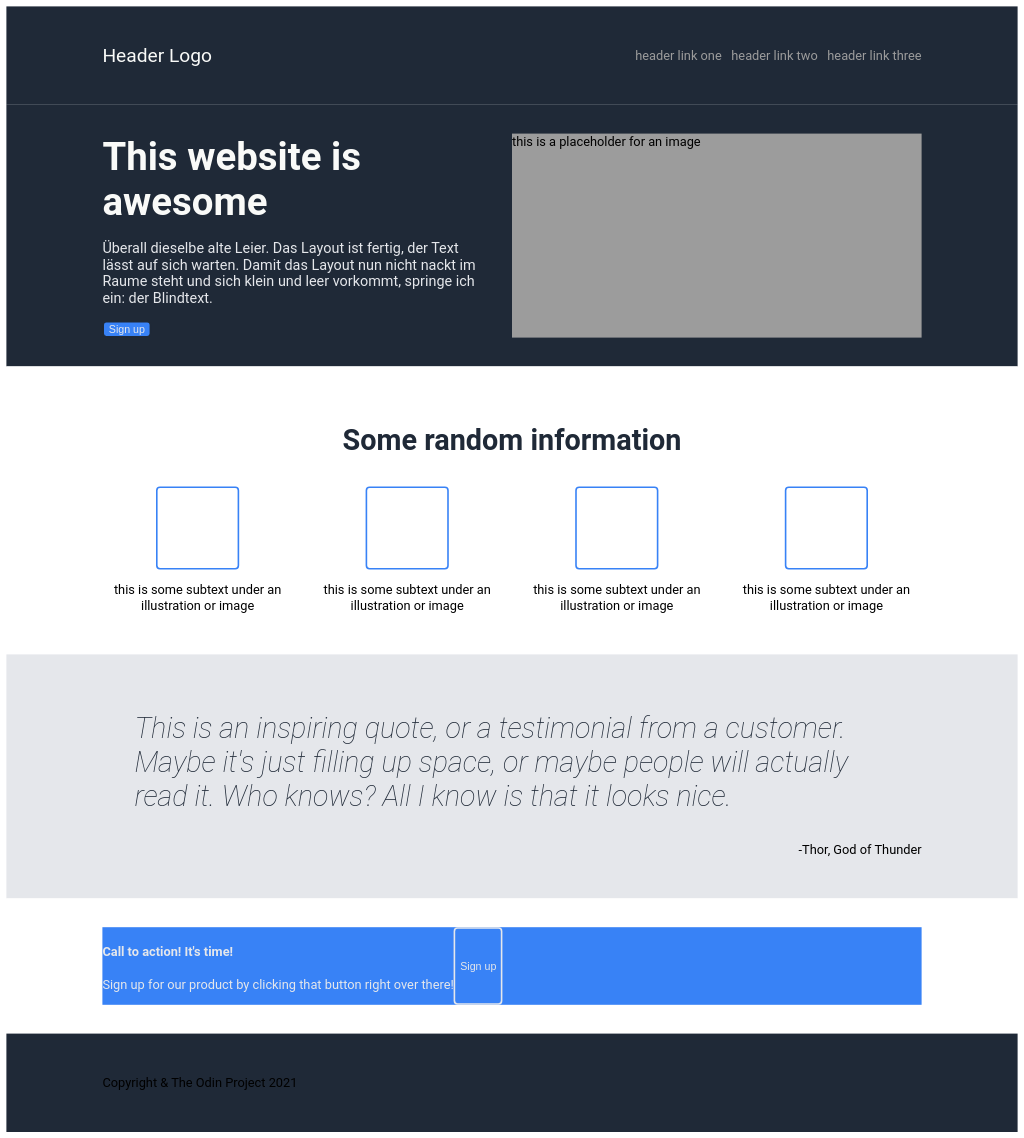
Repository: evemcd/odin_project
Page: odin-project2-landing-page/index.html
These files come from the project's save history. The page is drawn as it stood at one moment and after the next save; the edit follows.
The browser window is 1280 px wide. The pictures show the whole page, at 80% of full size.

Above is the page before, as saved 2022-02-08 11:15:42.

After the next save:
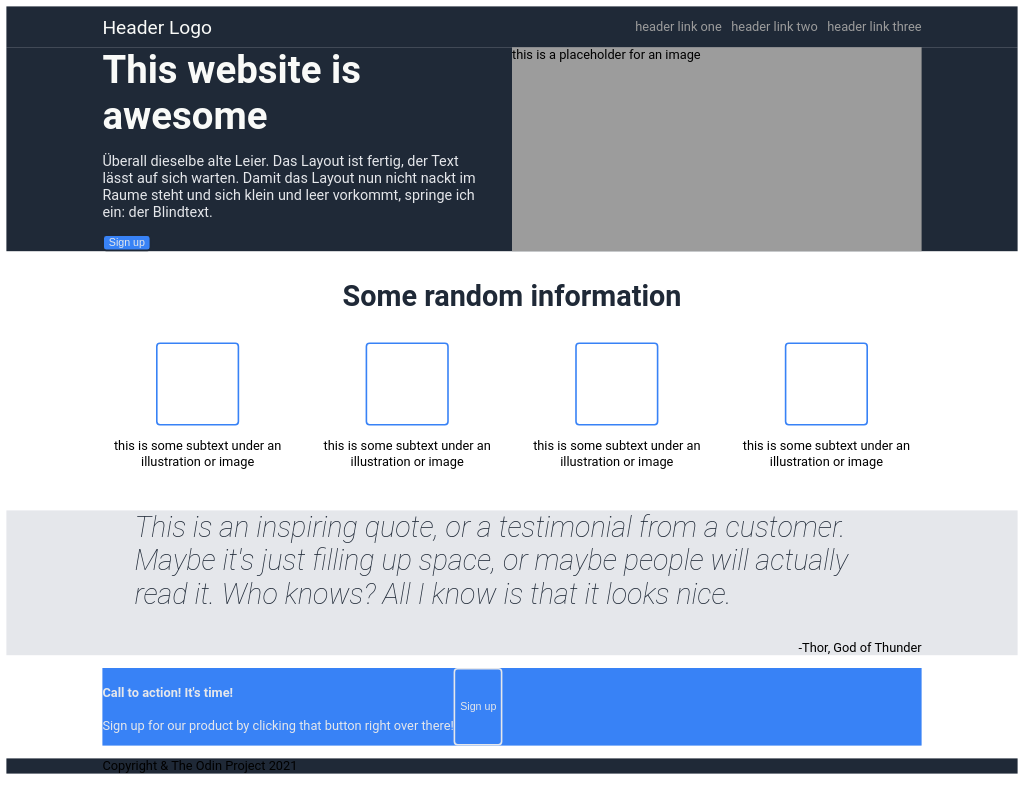
Saved 25 s later.
--- a/odin-project2-landing-page/style.css
+++ b/odin-project2-landing-page/style.css
@@ -8,7 +8,8 @@ header,
 .container3,
 .container4,
 footer {
-    padding: 36px 120px;
+    padding-left: 120px;
+    padding-right: 120px;
 }
 
 header,
